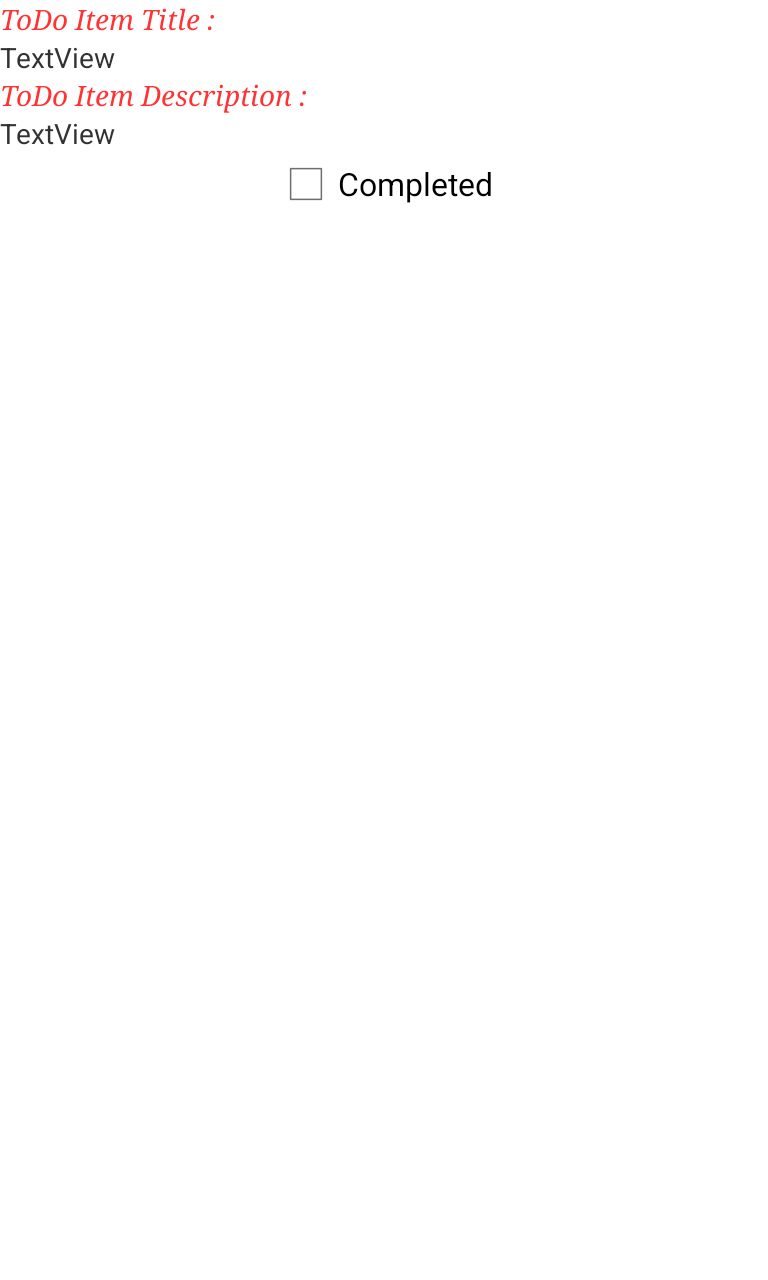
Repository: bvrit-vineeth/android-projects
Layout: TODOListApp/res/layout/activity_todo_list_description.xml
The author's editor kept a copy of each file at every save. The layout is drawn from the files as they stood at one save, then again after the next save.
It is drawn on a 768 x 1280 px phone screen (xhdpi) without system bars, with theme AppTheme; the app's code is not run.

Above is the layout before, as saved 2013-08-24 16:11:55.

After the next save:
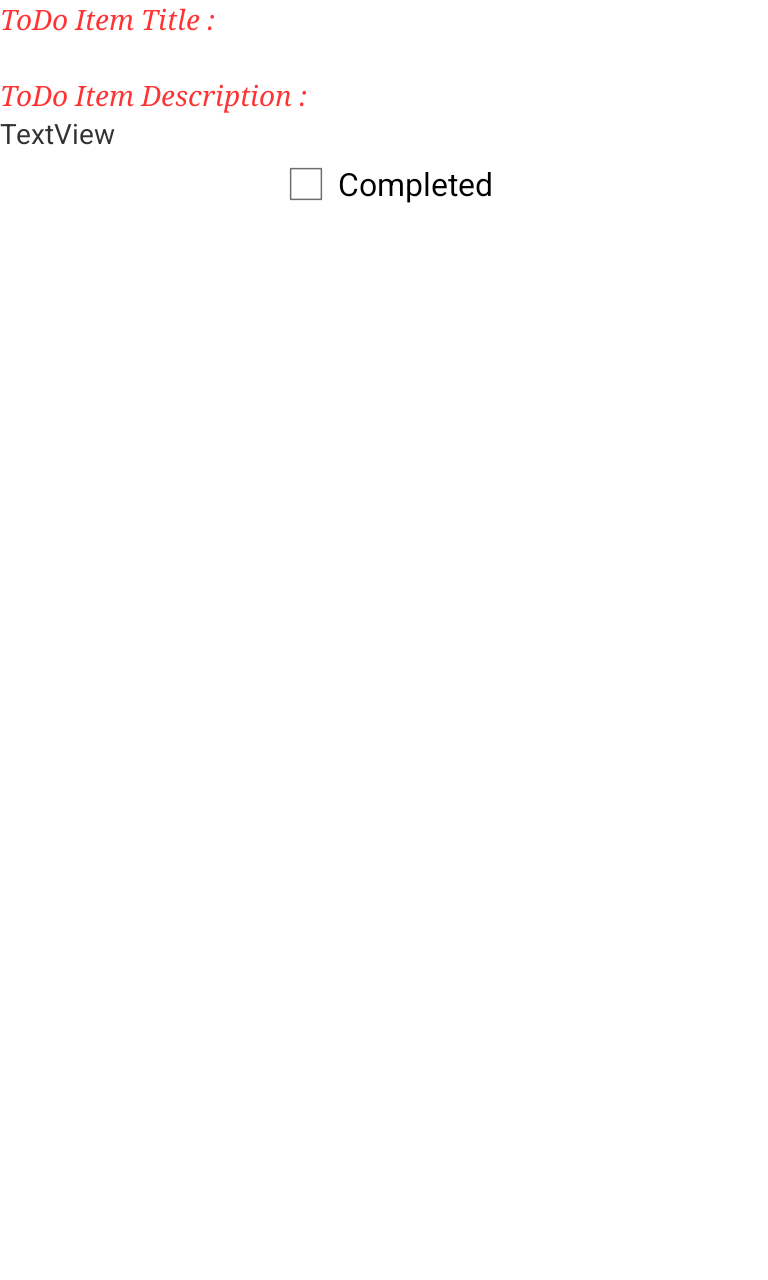
Saved 13 s later.
--- a/TODOListApp/res/layout/activity_todo_list_description.xml
+++ b/TODOListApp/res/layout/activity_todo_list_description.xml
@@ -16,8 +16,7 @@
 <TextView
 	android:id="@+id/title_text"
 	android:layout_width="fill_parent"
-	android:layout_height="wrap_content"
-	android:text="TextView" />
+	android:layout_height="wrap_content" />
 <TextView
 	android:id="@+id/description"
 	android:layout_width="fill_parent"
